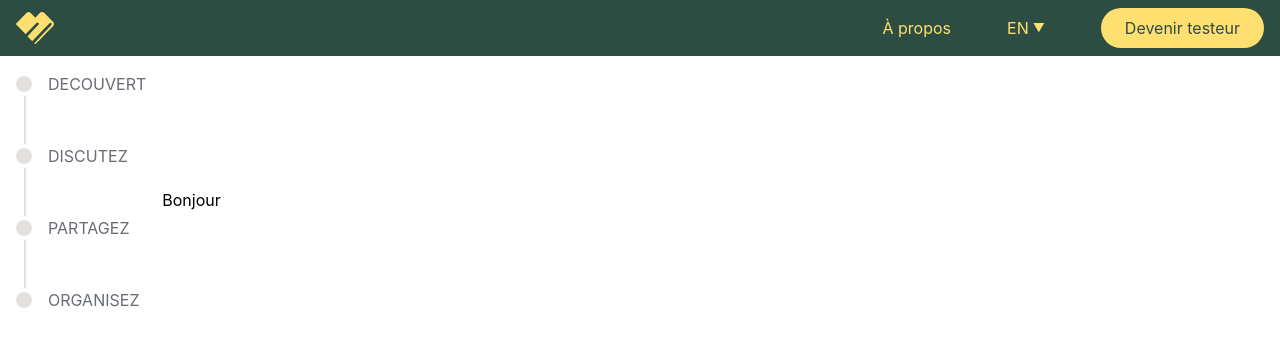
Repository: enas-elm/bookish-landing
Page: /
An editor plug-in stored every save of this project. The page is shown before and after the next save, followed by the edit.
The browser window is 1280 px wide. The pictures show the whole page.
The project was rebuilt for these pictures with package versions that can differ from the ones it lists, and the page was loaded fresh each time.

Above is the page before, as saved 2024-09-11 16:34:23.

After the next save:
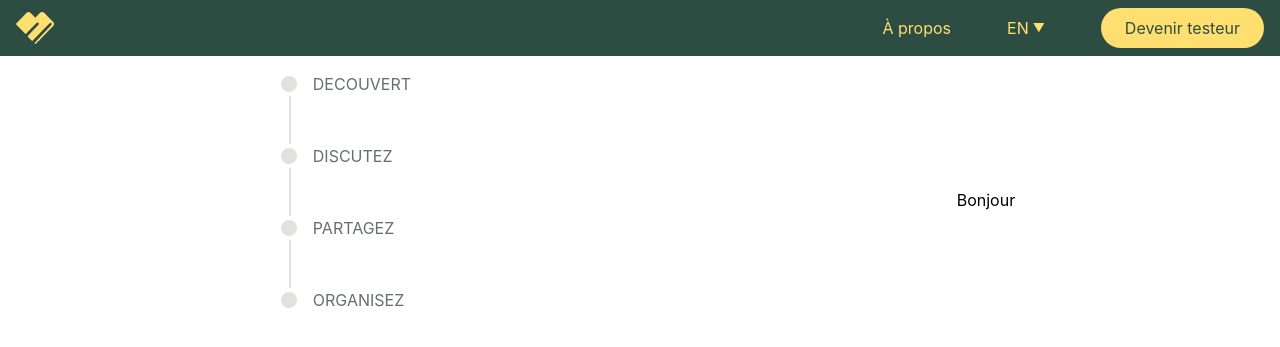
Saved 16 s later.
--- a/src/components/TimeLine.js
+++ b/src/components/TimeLine.js
@@ -15,7 +15,7 @@ function TimelineMenu() {
   };
 
   return (
-    <div className="flex flex-row justify-arounds items-center">
+    <div className="flex flex-row justify-around items-center">
       <div className="flex flex-col items-start p-4">
         {menuItems.map((item, index) => (
           <div key={item.id} className="flex flex-col items-start">
